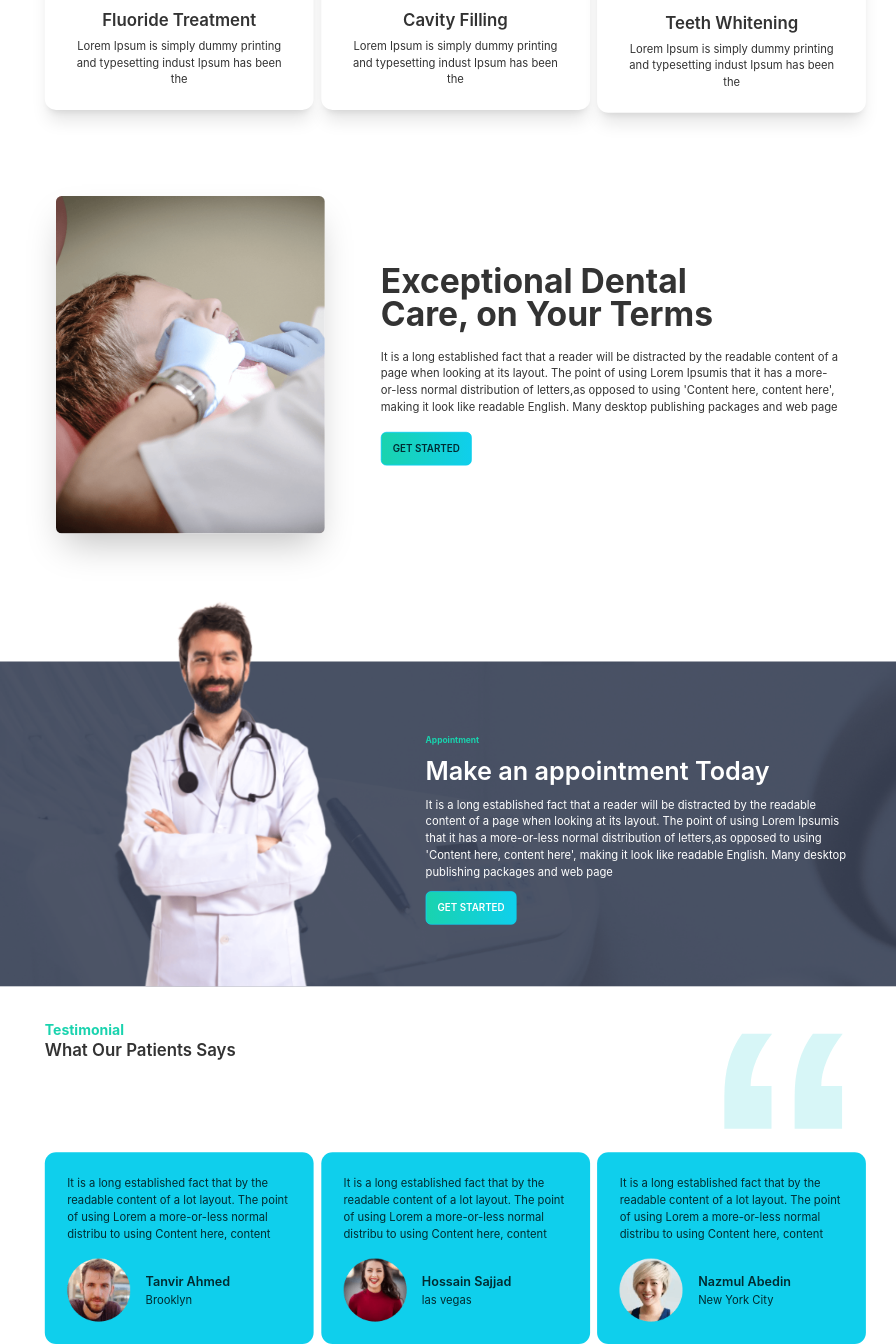
Repository: Tanvir3744/Doctors-client-website
Page: /
An editor plug-in stored every save of this project. The page is shown before and after the next save, followed by the edit.
The browser window is 1280 px wide. The pictures show the part of the page from y = 1210 to 3130 px (the page is 3130 px tall), at 70% of full size.
The project was rebuilt for these pictures with package versions that can differ from the ones it lists, and the page was loaded fresh each time. Also part of the build but not shown: src/Pages/About/About.js, src/Pages/Login/Login.js, src/Pages/NotFound/NotFound.js.

Above is the page before, as saved 2022-05-25 23:08:06.

After the next save:
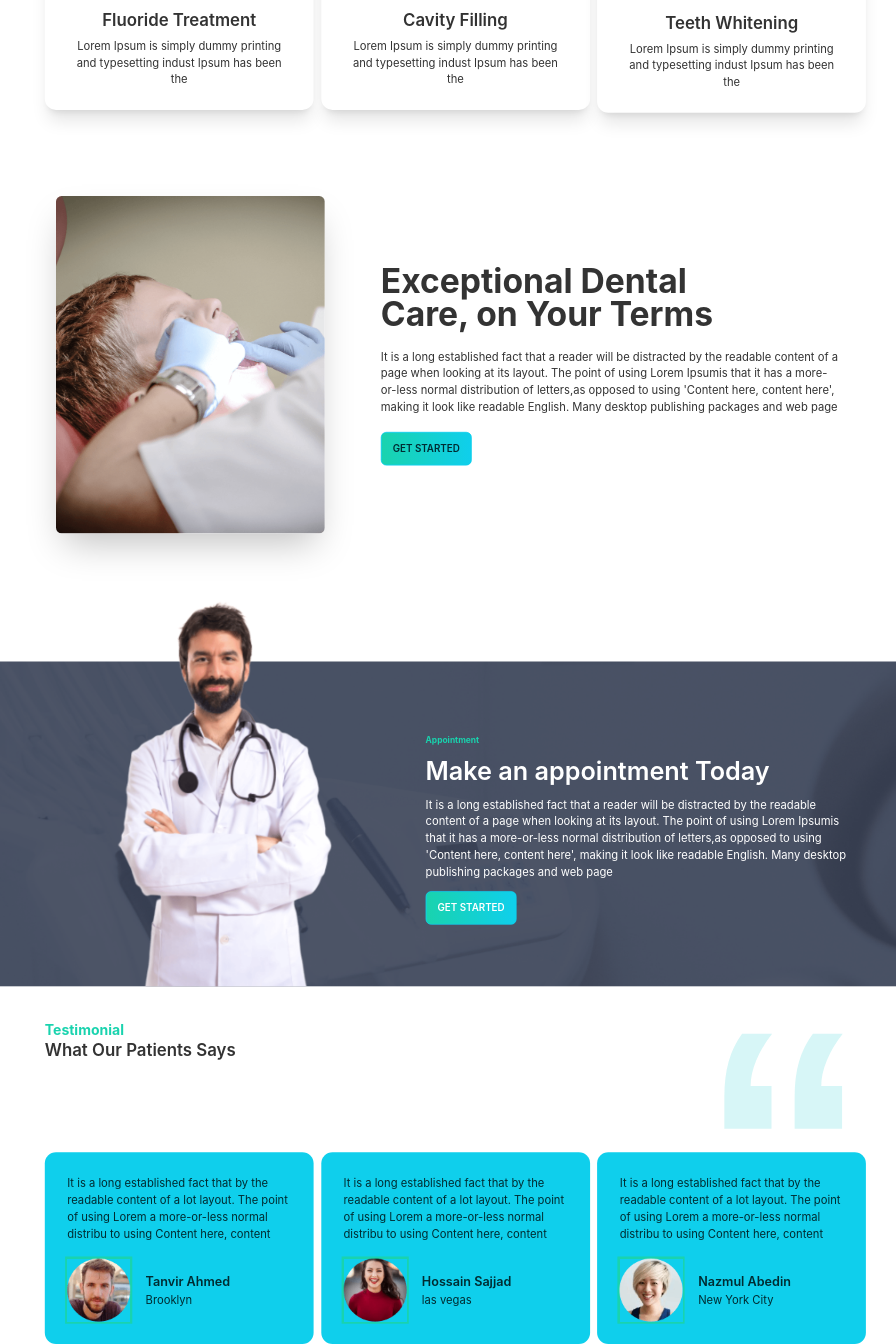
Saved 8 min 48 s later.
--- a/src/components/TestCard.js
+++ b/src/components/TestCard.js
@@ -9,7 +9,7 @@ const TestCard = (props) => {
                     <p>{review}</p>
                     <div class="flex items-center justify-start mt-4 ">
                         <div class="w-24 rounded-full  ring-offset-base-100 ring-offset-2">
-                            <img src={img} />
+                            <img className='ring ring-secondary' src={img} />
                         </div>
                         <div className='ml-4 flex flex-col self-center'>
                             <h5 className='text-lg font-semibold text-dark'>{name}</h5>
